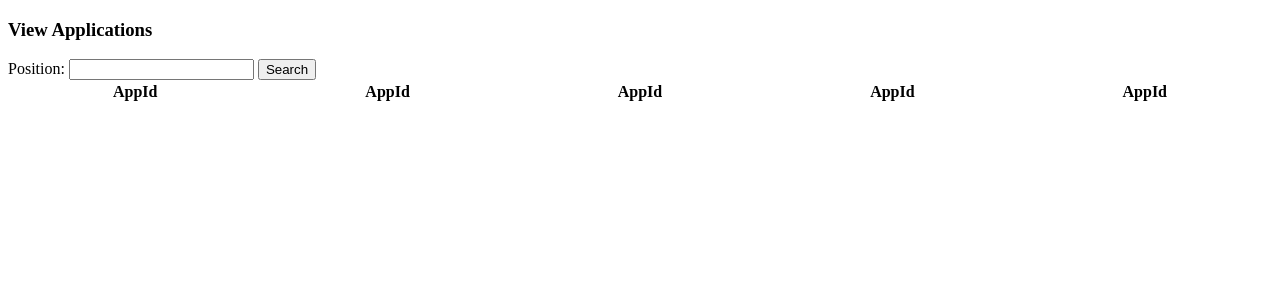
Repository: sanjukthas/NumberUtility
Page: http://localhost/HDZjobs/viewapplications.jsp
An editor plug-in stored every save of this project. The page is shown before and after the next save, followed by the edit.
The browser window is 1280 px wide. The pictures show the whole page.
The page is served by Tomcat 9.

Above is the page before, as saved 2016-07-26 18:42:32.

After the next save:
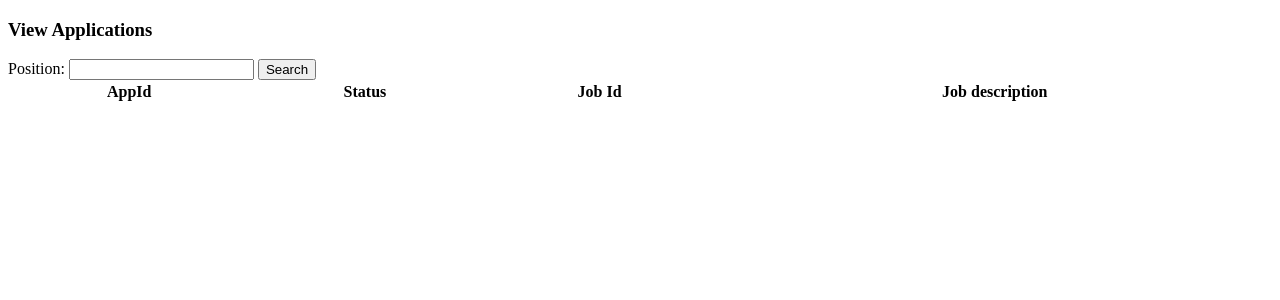
Saved 36 s later.
--- a/HDZjobs/WebContent/viewapplications.jsp
+++ b/HDZjobs/WebContent/viewapplications.jsp
@@ -23,17 +23,15 @@
 							<thead>
 							<tr>
 							<th>AppId</th>
-							<th>AppId</th>
-							<th>AppId</th>
-							<th>AppId</th>
-							<th>AppId</th>
+							<th>Status</th>
+							<th>Job Id</th>
+							<th>Job description</th>
 							</tr>
 							</thead>
 							<c:forEach var="app" items="${app}">
 							<tr>
 							<td><c:out value="${app.applicationid}"></c:out> </td>
 							<td><c:out value="${app.appstatus}"></c:out> </td>
-							<td><c:out value="${app.codingtest}"></c:out> </td>
 							<td><c:out value="${app.hdzJobs.jobsid}"></c:out> </td>
 							<td><c:out value="${app.hdzJobs.description}"></c:out> </td>
 							</c:forEach>
